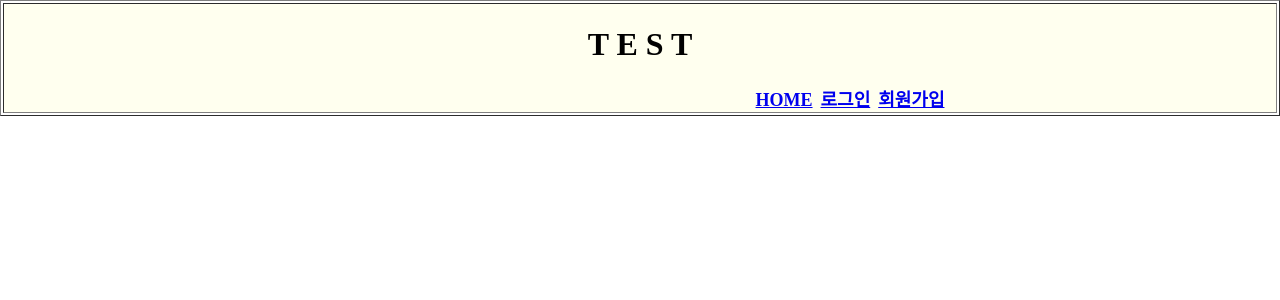
Repository: CHANGMAN-LEE/Java_ee
Page: workspace/test/WebContent/test/index.html
These files come from the project's save history. The page is drawn as it stood at one moment and after the next save; the edit follows.
The browser window is 1280 px wide. The pictures show the whole page.

Above is the page before, as saved 2020-07-09 05:52:29.

### workspace/test/WebContent/test/index.html
<!DOCTYPE html>
<html>
<head>
<meta charset="EUC-KR">
<title>Insert title here</title>
</head>
<body marginheight="0" marginwidth="0">
<table style="width: 100%; height: 100%" border="1">
	<tr height="100" colspan="2" align="center" style="background-color:#FFFFEBCD">
		<td align="center">
			<h1>T E S T</h1>
			&emsp;&emsp;&emsp;&emsp;&emsp;&emsp;&emsp;&emsp;&emsp;&emsp;&emsp;&emsp;&emsp;
			&emsp;&emsp;&emsp;&emsp;&emsp;&emsp;&emsp;&emsp;&emsp;&emsp;&emsp;&emsp;&emsp;
			<a href="../test/index.html"><font size="4"><strong>HOME</strong></font></a>&nbsp;
			<a href="../test/loginForm.jsp"><font size="4"><strong>로그인</strong></font></a>&nbsp;
			<a href="../test/writeForm.jsp"><font size="4"><strong>회원가입</strong></font></a>&nbsp;
		</td>
	</tr>
</table>
</body>
</html>

After the next save:
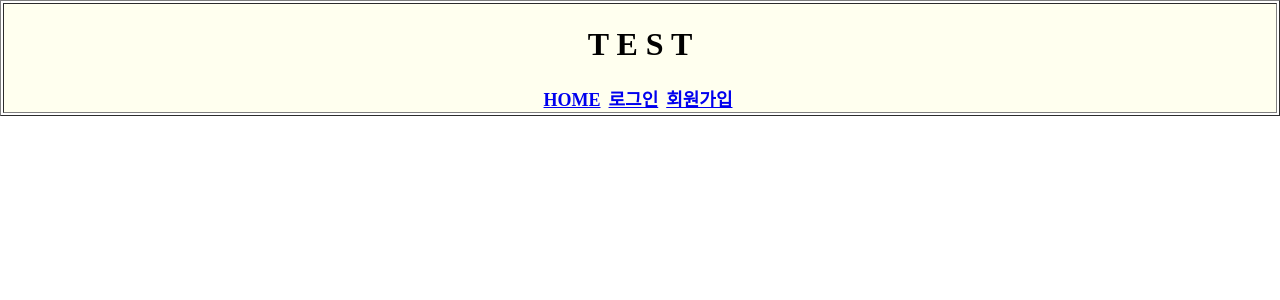
Saved 13 s later.
--- a/workspace/test/WebContent/test/index.html
+++ b/workspace/test/WebContent/test/index.html
@@ -9,8 +9,6 @@
 	<tr height="100" colspan="2" align="center" style="background-color:#FFFFEBCD">
 		<td align="center">
 			<h1>T E S T</h1>
-			&emsp;&emsp;&emsp;&emsp;&emsp;&emsp;&emsp;&emsp;&emsp;&emsp;&emsp;&emsp;&emsp;
-			&emsp;&emsp;&emsp;&emsp;&emsp;&emsp;&emsp;&emsp;&emsp;&emsp;&emsp;&emsp;&emsp;
 			<a href="../test/index.html"><font size="4"><strong>HOME</strong></font></a>&nbsp;
 			<a href="../test/loginForm.jsp"><font size="4"><strong>로그인</strong></font></a>&nbsp;
 			<a href="../test/writeForm.jsp"><font size="4"><strong>회원가입</strong></font></a>&nbsp;
